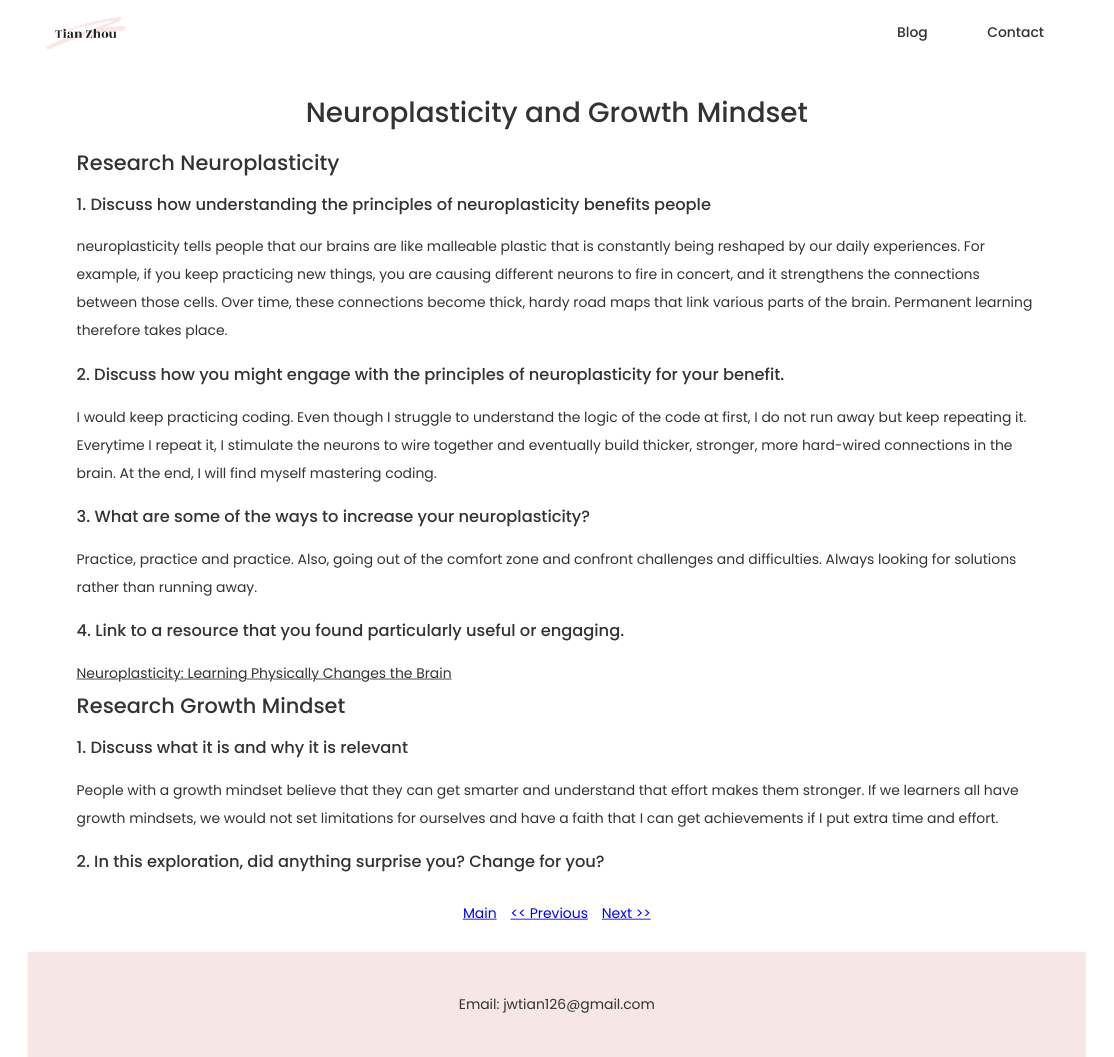
Repository: Tiaanz/Tiaanz.github.io
Page: blog/neuroplasticity.html
These files come from the project's save history. The page is drawn as it stood at one moment and after the next save; the edit follows.
The browser window is 1280 px wide. The pictures show the whole page, at 87% of full size.

Above is the page before, as saved 2023-01-30 14:35:39.

### blog/neuroplasticity.html
<!DOCTYPE html>
<html lang="en">

<head>
    <meta charset="UTF-8">
    <meta http-equiv="X-UA-Compatible" content="IE=edge">
    <meta name="viewport" content="width=device-width, initial-scale=1.0">
    <link rel="stylesheet" href="../styles/main.css">
    <link href="https://fonts.googleapis.com/css2?family=Poppins:wght@300;400;500;600;700;800&display=swap"
        rel="stylesheet">
    <title>Neuroplasticity and Growth Mindset</title>
</head>

<body>
    <div class="container">
        <header>
            <div class="logo">
                <a href="../index.html"><img src="../images/logo.png" alt="logo"></a>
            </div>
            <div class="nav">
                <a href="../index.html#blogs">Blog</a>
                <a href="#footer">Contact</a>
            </div>
        </header>
        <main class="main-blog">
            <h1>Neuroplasticity and Growth Mindset</h1>
            <h2>Research Neuroplasticity</h2>
            <h3>1. Discuss how understanding the principles of neuroplasticity benefits people</h3>
            <p>neuroplasticity tells people that our brains are like malleable plastic that is constantly being reshaped
                by our daily experiences. For example, if you keep practicing new things, you are causing different
                neurons to fire in concert, and it strengthens the connections between those cells. Over time, these
                connections become thick, hardy road maps that link various parts of the brain. Permanent learning
                therefore takes place.
            </p>
            <h3>2. Discuss how you might engage with the principles of neuroplasticity for your benefit.</h3>
            <p>I would keep practicing coding. Even though I struggle to understand the logic of the code at first, I do not run away but keep repeating it. Everytime I repeat it, I stimulate the neurons to wire together and eventually build thicker, stronger, more hard-wired connections in the brain. At the end, I will find myself mastering coding.</p>
            <h3>3. What are some of the ways to increase your neuroplasticity?</h3>
            <p>Practice, practice and practice. Also, going out of the comfort zone and confront challenges and difficulties. Always looking for solutions rather than running away.</p>
            <h3>4. Link to a resource that you found particularly useful or engaging.</h3>
            <p><a href="https://www.edutopia.org/neuroscience-brain-based-learning-neuroplasticity">Neuroplasticity: Learning Physically Changes the Brain</a></p>
            <h2>Research Growth Mindset</h2>
            <h3>1. Discuss what it is and why it is relevant</h3>
            <p>People with a growth mindset believe that they can get smarter and understand that effort makes them stronger. If we learners all have growth mindsets, we would not set limitations for ourselves and have a faith that I can get achievements if I put extra time and effort. </p>
            <h3>2. In this exploration, did anything surprise you? Change for you?</h3>
            <div class="page-nav">
                <a href="../index.html">Main</a>
                <a href="./emotional-intelligence.html"> &lt&lt Previous</a>
                <a href="#">Next >></a>
            </div>
        </main>
        <footer id="footer">
            <span>Email: jwtian126@gmail.com</span>
        </footer>
    </div>
</body>

</html>

### styles/main.css
* {
  margin: 0;
  padding: 0;
  box-sizing: border-box;
}

a {
  text-decoration: none;
  color: #333;
}



li{
  list-style: none;
}

img {
  max-width: 100%;
  height: auto;
  vertical-align: middle;
}

body {
  font-family: "Poppins", sans-serif;
  color: #333;
}

.container {
  display: flex;
  flex-direction: column;
  width: 95vw;
  margin: 0 auto;

}

header {
  display: flex;
  justify-content: space-between;
  align-items: center;
  padding: 1rem;
}

.logo {
  width: 100px;
  height: auto;
}



.nav a {
  margin: 0 1rem;
  padding: 0 1rem;
  font-weight: 500;
}

.nav a:hover {
  background-color: #f6e7e6;
}

main {
  display: flex;
  padding: 2rem 3rem;
}

main .profile-image {
  width: 100%;
  flex: 1.5;
  margin-right: 2rem;

}

main .introduction {
  flex: 1;
}

main .introduction h1 {
  margin-bottom: 1.5rem;
  font-weight: 500;
  font-size: 2.5rem;
}

main .introduction p {
  line-height: 2rem;
}

.blogs{
  display: flex;
  padding:1rem 3rem;
  margin-bottom: 2rem;

}

.blogs .tech-blog, .blogs .core-blog {
  flex:1;
  padding:0 3px;
  margin:0 3rem;
  text-align: center;
  border:2px solid #f6e7e6;
  border-radius: 20px;
}



.blogs h3{
  margin: 1rem 0;
  font-weight: 600;
  text-align: center;

}



.blogs a{
  text-decoration: underline;
  line-height: 2rem;
}

.main-blog{
    flex-direction: column;
    align-self: center;
    max-width: 1200px;
}

.main-blog h1{
  margin-bottom: 1rem;
  text-align: center;
  font-size: 2rem;
  font-weight: 500;

}

.main-blog h2{
  font-weight: 500;
  margin-top: ;
}

.main-blog h3{
  font-weight: 500;
  margin:1rem 0;
}

.main-blog ul li{
  margin-bottom: 0.5rem;
}

.main-blog .css-image{
 max-width: 300px;
 margin: 1rem 0;
}

.main-blog .div-image{
  max-width: 600px;
  margin-top: 1rem;
 }

 .main-blog p{
  margin: 0.2rem 0;
  line-height: 2rem;
 }

 .main-blog a{
  text-decoration: underline;
 }

 .main-blog .page-nav{
  margin-top: 1rem;
  display: flex;
  gap:1rem;
  justify-content: center;
 }

 .main-blog .page-nav a{
  color:blue;
  text-decoration: underline;
 }

footer {
  padding: 3rem;
  background-color: #f6e7e6;
  text-align: center;
}

@media screen and (max-width: 1200px) {
  main {
    flex-direction: column;
  }

  main .introduction h1 {
    margin-top: 1rem;
    text-align: center;
  }

  main .introduction p {
    line-height: 2rem;
  }

  .blogs{
  flex-direction: column;
  gap:2rem;
  }

  .blogs .tech-blog, .blogs .core-blog{
    margin:0;
  }

}

@media screen and (max-width: 768px) {
  main {
    padding: 2rem;
  }

  main .introduction h1 {
    font-size: 2rem;
  }

  .main-blog h1{
    font-size: 1.5rem;
  }
}

@media screen and (max-width: 400px) {

    .nav a {
        margin: 0;
        padding: 0 0.4rem;
      }

      .blogs a{
        line-height: 2.5rem;
      }

  }

@media screen and (max-width: 320px) {


  main .introduction h1 {
    font-size: 1rem;
    margin-bottom: 1rem;
  }

  .main-blog h1{
    font-size: 1.2rem;
  }
}

After the next save:
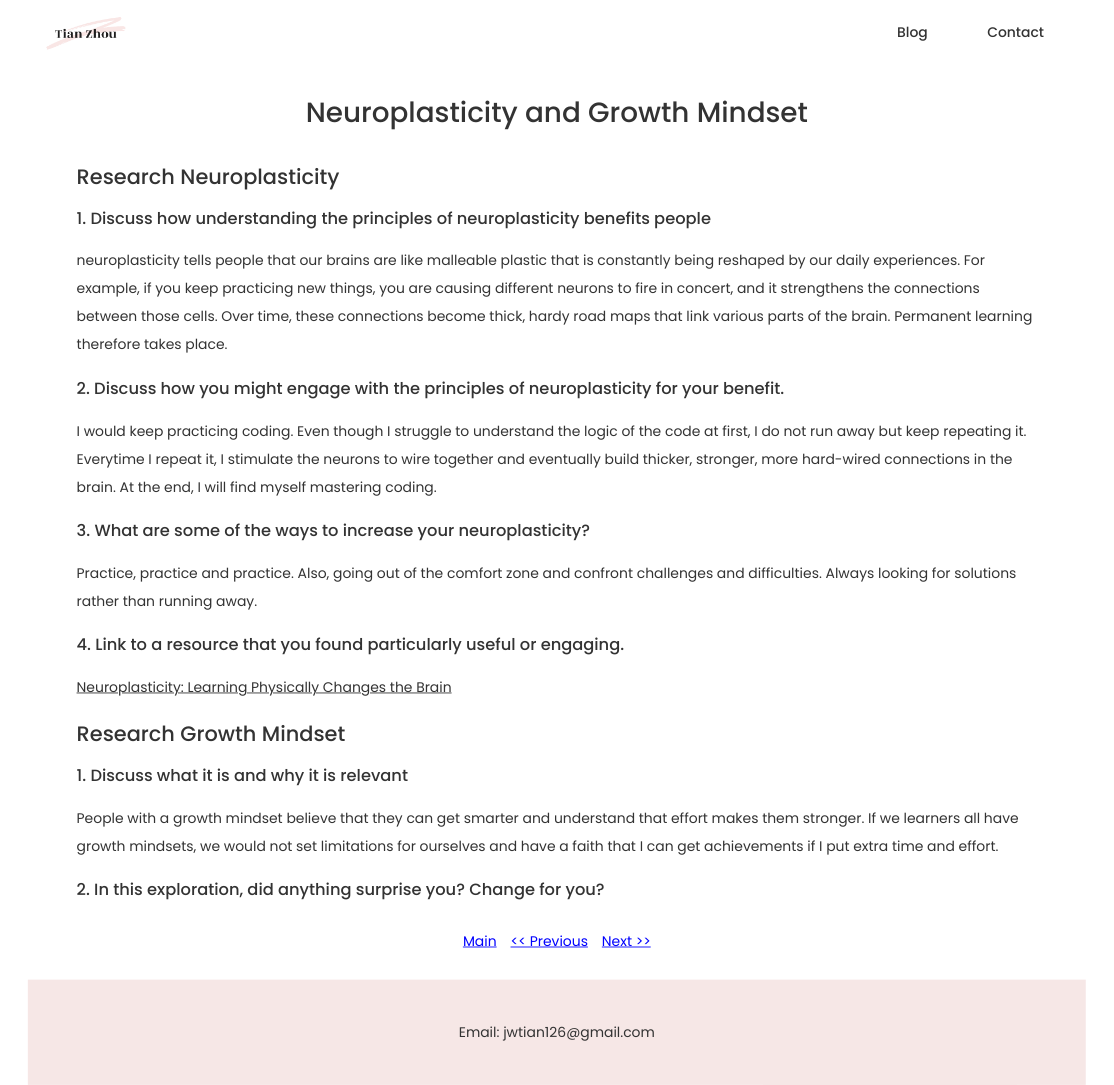
Saved 6 s later.
--- a/styles/main.css
+++ b/styles/main.css
@@ -132,7 +132,7 @@ main .introduction p {
 
 .main-blog h2{
   font-weight: 500;
-  margin-top: ;
+  margin-top:1rem ;
 }
 
 .main-blog h3{
